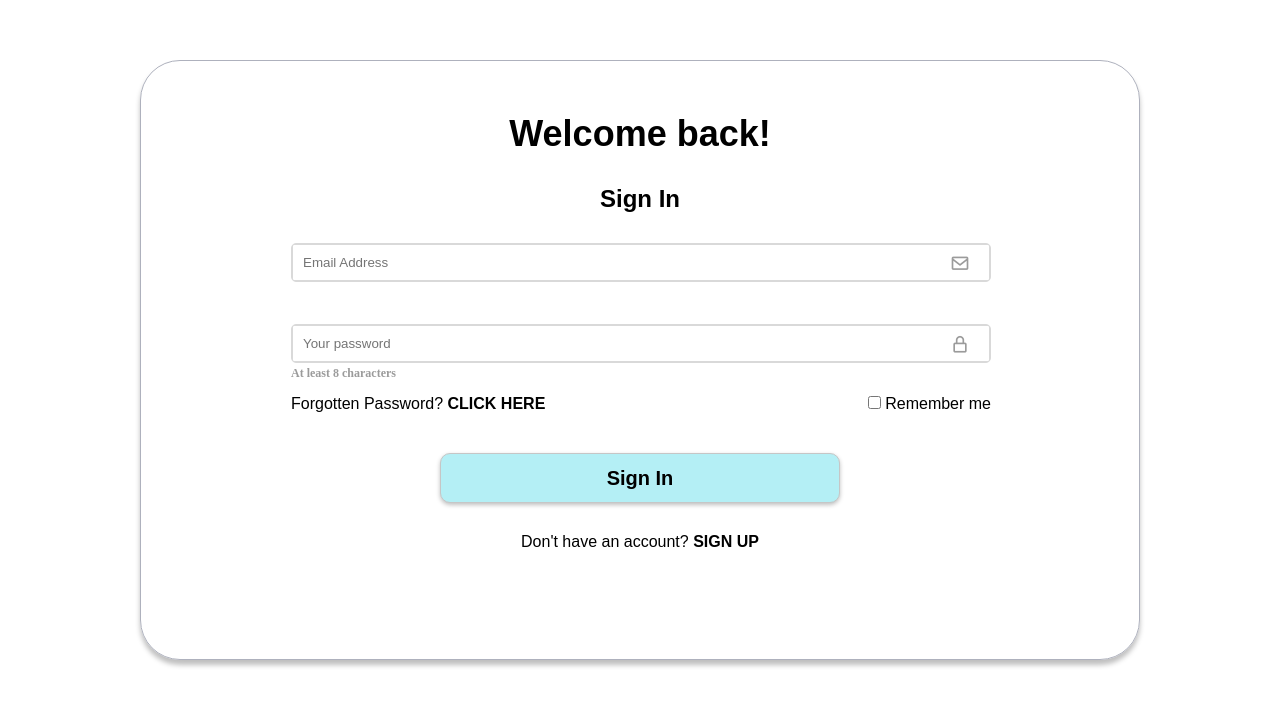
Repository: Rellzcodez/Group1-Team8
Page: pages/signin.html
The author's editor kept a copy of each file at every save. The page is drawn from the files as they stood at one save, then again after the next save.
The browser window is 1280 px wide. The pictures show the whole page.

Above is the page before, as saved 2022-09-11 20:06:50.

### pages/signin.html
<!DOCTYPE html>
<html lang="en">
<head>
    <meta charset="UTF-8">
    <meta http-equiv="X-UA-Compatible" content="IE=edge">
    <meta name="viewport" content="width=device-width, initial-scale=1.0">
    <link rel="icon" type="image/png" sizes="32x32" href="/images/favicon-32x32.png">
    <link href='https://unpkg.com/boxicons@2.1.2/css/boxicons.min.css' rel='stylesheet'>
    <link rel="stylesheet" href="/css/signin.css">
    <title>SIGN IN</title>
</head>
 <body>
    <div class="form-container">
     <h1 class="heading">Welcome back!</h1>
    <form action="action_page.php" class="login active" method="post">

        <h2 class="heading">Sign In</h2>
     <div class="container">
        <div class="email">
            <input type="email" placeholder="Email Address" name="email" required>
            <i class='bx bx-envelope'></i>
        </div>
        <div class="password">
            <input type="password" pattern=".{8,}" id="password" placeholder="Your password" required>
            <i class='bx bx-lock-alt' ></i>
        </div>
        <span class="help-text">At least 8 characters</span>
        </div>

        <div class="container2">
            <p>Forgotten Password? <span><a href="#">CLICK HERE</a></span></p>
                <div class="checkbox">
                <input type="checkbox" name="remember"> Remember me
                </div>
               </div>
        <div class="btn">
            <button type="submit" class="btn-submit"><b><a href="#">Sign In</a></b></button>
        </div>
        <div class="signup">
            <p>Don't have an account? <span><a href="/pages/signup.html" onclick="switchForm('login', event)">SIGN UP</a></span></p>
        </div>
     </form>
    </div>
    <script src="signin.js"></script>
</body>
 </html>

### css/signin.css
*{
    padding: 0;
    margin: 0;
    box-sizing: border-box;
}

body{
    display: flex;
    justify-content: center;
    margin: 0 auto;
    align-items: center;
    place-items: center;
    min-height: 100vh;
    padding: 0 16px;

}
a {
    color: #000;
    transition: all .3s ease;
    text-decoration: none;
}
a:hover {
    color: #C6C6C6;
}

.form-container{
    background: rgba(255, 255, 255, 0.82);
     border: 1px solid #AEB1BD;
    box-shadow: 0px 5px 5px rgba(0, 0, 0, 0.25);
    border-radius: 40px;
    margin: 2% auto;
    width: 1000px;
    height: 600px;
}
h1, h2, .btn{
    text-align: center;
    font-family: 'Poppins', sans-serif;
    margin-bottom: 30px;
}
h1{
    font-size: 36px;
    font-weight: 700;
    margin-top: 52px;
}
h2{
    font-size: 24px;
    font-weight: 700;
    margin-top: 30px;
}

.container, .container2{
    width: 700px;
    margin: 0 150px 0 150px;
    margin-bottom: 14px;
}
.email, .password{
    font-family: 'Poppins', sans-serif;
    font-weight: 400;
    font-size: 20px;
    width: 700px;
    border: 1px solid #D9D9D9;
    border-radius: 5px;
    color: #858A9B;
    width: 100%;
    position: relative;
}
.email{
    margin-bottom: 42px;
    width: 100%;
    position: relative;
}
.password{
    /* margin-bottom: 24px; */
    width: 100%;
    position: relative;
}

.email input {
    padding: 12px 40px 12px 20px;
    outline: none;
    border-radius: 6px;
    border: 1px solid #AEB1BD;
    width: 100%;
    transition: all .3s ease;
}
.password input {
    padding: 12px 40px 12px 20px;
    outline: none;
    border-radius: 6px;
    border: 1px solid #AEB1BD;
    width: 100%;
    transition: all .3s ease;
}

/* Validation */
.email input:focus,
.email input:not(:placeholder-shown) {
    border-color: #277FFE;
    background: #F4F2FF;
}
.email input:focus + i,
.email input:not(:placeholder-shown) + i {
    color: #277FFE;
}
.email input:focus:valid {
    box-shadow: 0 0 0 4px #AECFFF;
}

.email input:valid:not(:placeholder-shown) {
    border-color:#23AE00;
}
.email input:valid:not(:placeholder-shown) + i {
    color:#23AE00;
}
.email input:invalid:not(:placeholder-shown) {
    border-color:#FE2727;
}
.email input:invalid:not(:placeholder-shown) + i {
    color:#FE2727;
}
.email input:focus:invalid {
    box-shadow: 0 0 0 4px #FFD2D2;
}
.email input:focus,
.email input:focus:placeholder-shown {
    box-shadow: 0 0 0 4px #AECFFF;
}
    .password input:focus,
    .password input:not(:placeholder-shown) {
        border-color: #277FFE;
        background: #F4F2FF;
    }
    .password input:focus + i,
    .password input:not(:placeholder-shown) + i {
        color: #277FFE;
    }
    .password input:focus:valid {
        box-shadow: 0 0 0 4px #AECFFF;
    }

    .password input:valid:not(:placeholder-shown) {
        border-color:#23AE00;
    }
    .password input:valid:not(:placeholder-shown) + i {
        color:#23AE00;
    }
    .password input:invalid:not(:placeholder-shown) {
        border-color:#FE2727;
    }
    .password input:invalid:not(:placeholder-shown) + i {
        color:#FE2727;
    }
    .password input:focus:invalid {
        box-shadow: 0 0 0 4px #FFD2D2;
    }
    .password input:focus,
    .password input:focus:placeholder-shown {
        box-shadow: 0 0 0 4px #AECFFF;
    }
    /* Validation */
.email i {
    position: absolute;
   top: 50%;
   transform: translateY(-50%);
   right: 20px;
   color: #9B9B9B;
   pointer-events: none;
}
.password i {
   position: absolute;
   top: 50%;
   transform: translateY(-50%);
   right: 20px;
   color: #9B9B9B;
   pointer-events: none;
}
.container .help-text {
   font-size: 12px;
   color: #9B9B9B;
}

form input:not([type='checkbox']) {
    border: 1px solid #D9D9D9;
    outline: none;
    padding: 10px;
    width: 100%;
    border-radius: 2px;
    display: inline;
}

.container2 {
    display: flex;
    justify-content: space-between;
    margin-bottom: 40px;
    color: black;
    font-weight: 400;
    font-size: 16px;
    font-family: 'Poppins', sans-serif;
}

.container2 a{
    color: #000;
    text-decoration: none;
    font-weight: 700;
}
span{
    font-weight: 700;
    font-size: 16px;
}
button{
    background-color: #B4EFF5;
    border: 1px solid #C6C6C6;
    border-radius: 10px;
    width: 400px;
    height: 50px;
    box-shadow: 0px 2px 4px rgba(0, 0, 0, 0.25);

}
.btn a{
    color: #000;
    text-decoration: none;
    padding: 7px 149px;
    font-family: 'Poppins', sans-serif;
    font-size: 20px;
    font-weight: 700;
    Line-height: 48px;
}

.signup{
    text-align: center;
    font-family: 'Poppins', sans-serif;
}
.signup a{
    color: #000;
    font-weight: 700;
    text-decoration: none;
}

button:hover {
    background-color: #858A9B;
}

a.lighthover:hover {
    color: #C6C6C6;
}

### js/signin.js
function switchForm(className, e) {
    e.preventDefault();
    const allForm = document.querySelectorAll('form');
    const form = document.querySelector('form.${className}');

    allForm.forEach(item=> {
        item.classList.remove('active');
    })
    form.classList.add('active');
}

After the next save:
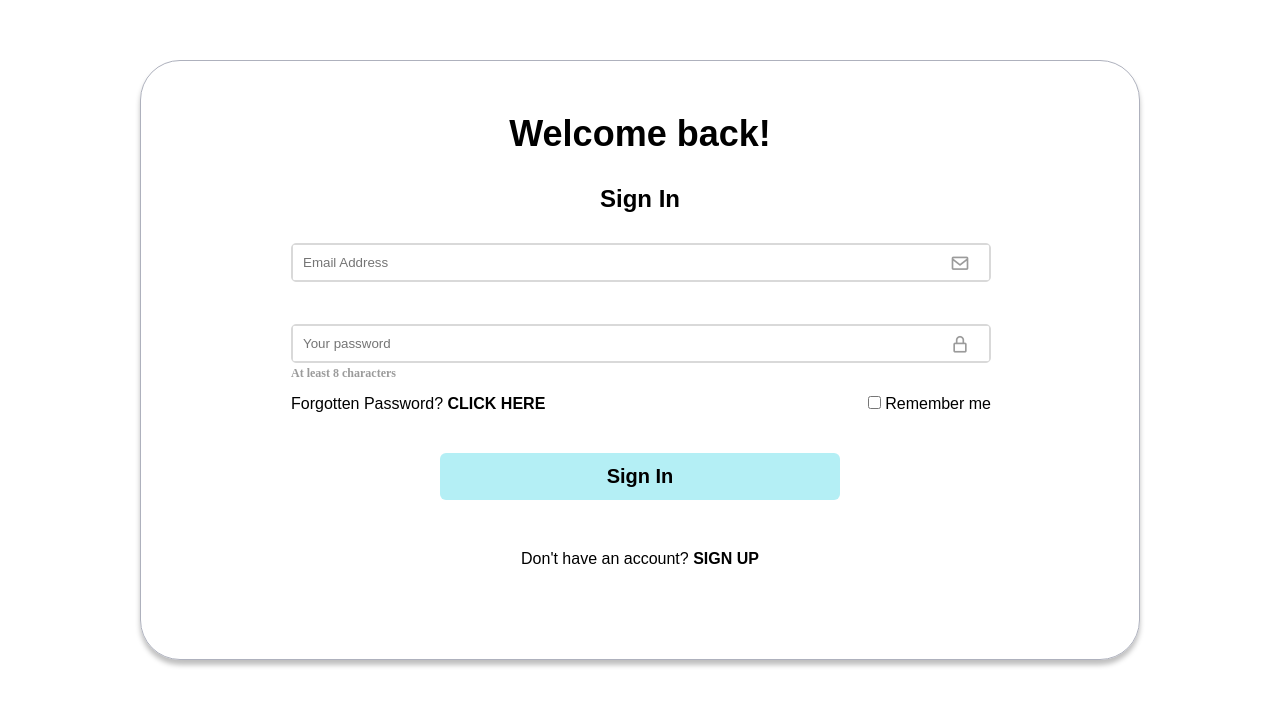
Saved 4 min 28 s later.
--- a/css/signin.css
+++ b/css/signin.css
@@ -207,24 +207,23 @@ span{
     font-weight: 700;
     font-size: 16px;
 }
-button{
-    background-color: #B4EFF5;
-    border: 1px solid #C6C6C6;
-    border-radius: 10px;
+.btn-submit {
+    padding: 12px 0;
     width: 400px;
-    height: 50px;
-    box-shadow: 0px 2px 4px rgba(0, 0, 0, 0.25);
-
-}
-.btn a{
-    color: #000;
-    text-decoration: none;
-    padding: 7px 149px;
-    font-family: 'Poppins', sans-serif;
+    color: #000;
+    border-radius: 6px;
+    cursor: pointer;
+    transition: all .3s ease;
+    border: none;
     font-size: 20px;
-    font-weight: 700;
-    Line-height: 48px;
-}
+    font-weight: 500;
+    background: #B4EFF5;
+    margin-bottom: 20px;
+    }
+    .btn-submit:hover{
+        color: #fff;
+        background:#1368E3;
+    }
 
 .signup{
     text-align: center;
